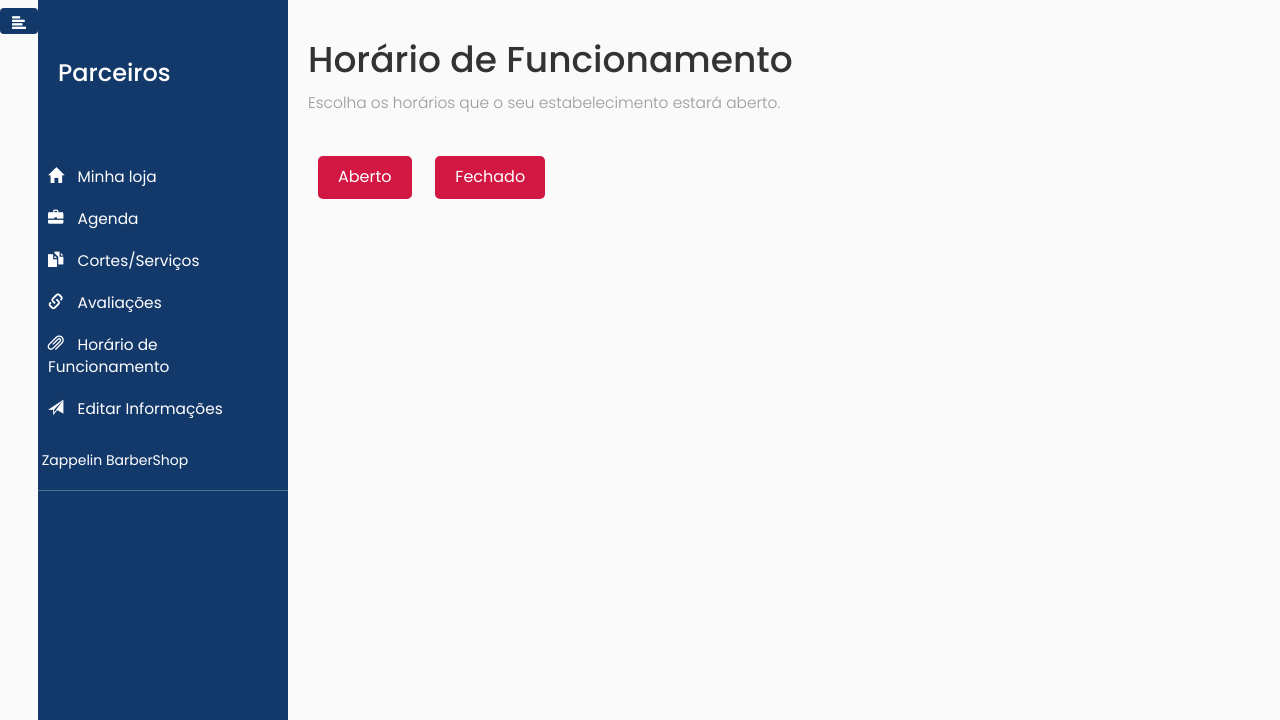
Repository: aquilesascar/barberconnect
Page: http://localhost/horario.php
An editor plug-in stored every save of this project. The page is shown before and after a run of saves, followed by the edit.
The browser window is 1280 px wide. The pictures show the whole page.
The page is run by PHP 8.4 with error messages shown; the project is at /var/www/html/.

Above is the page before, as saved 2023-10-10 09:41:08.

After the next 4 saves:
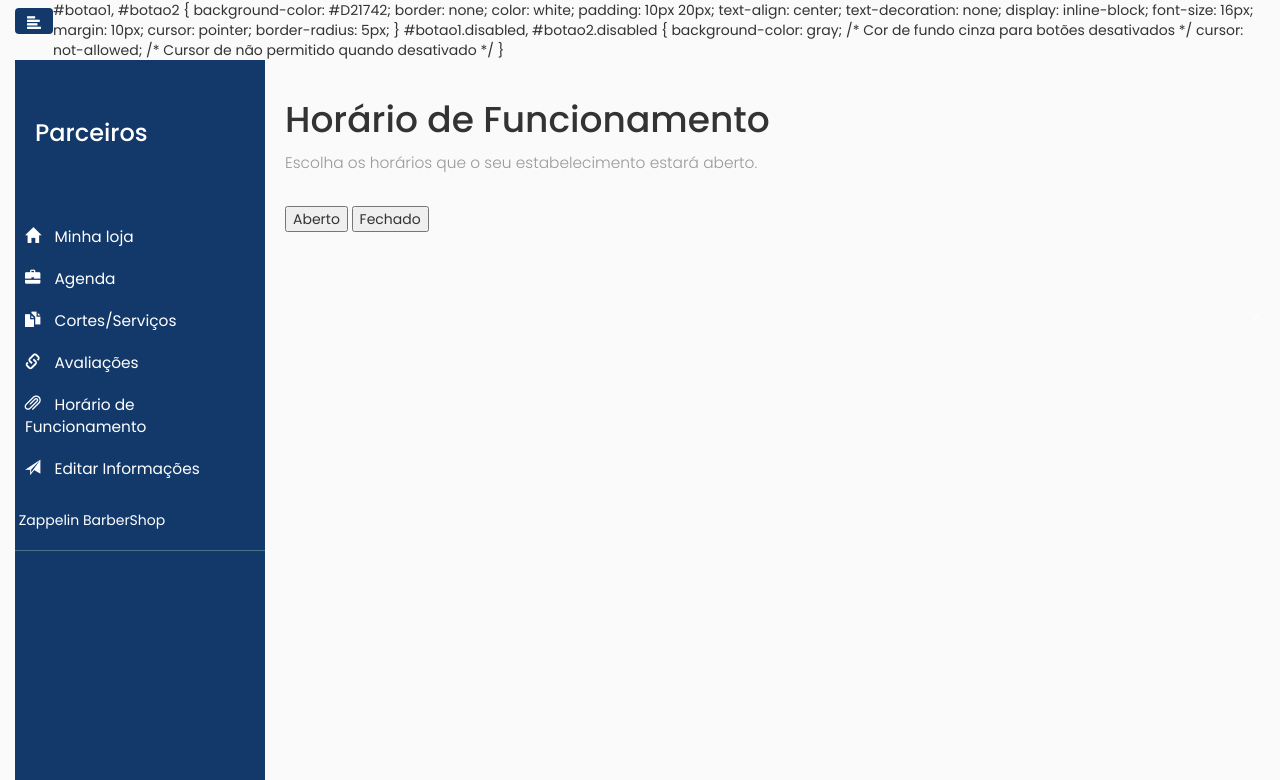
The 4 saves are shown as one change because they came seconds apart.
The last was saved 23 s later.
--- a/horario.php
+++ b/horario.php
@@ -12,13 +12,14 @@
     <!-- Our Custom CSS -->
     <link rel="stylesheet" href="../TCC/assets/css/style4.css">
 
-
+    <div class="container-fluid">
     <div class="navbar-header">
                     <button type="button" id="sidebarCollapse" class="btn btn-info navbar-btn">
                         <i class="glyphicon glyphicon-align-left"></i>
 
                     </button>
                 </div>
+                </
 
 
     <style>
